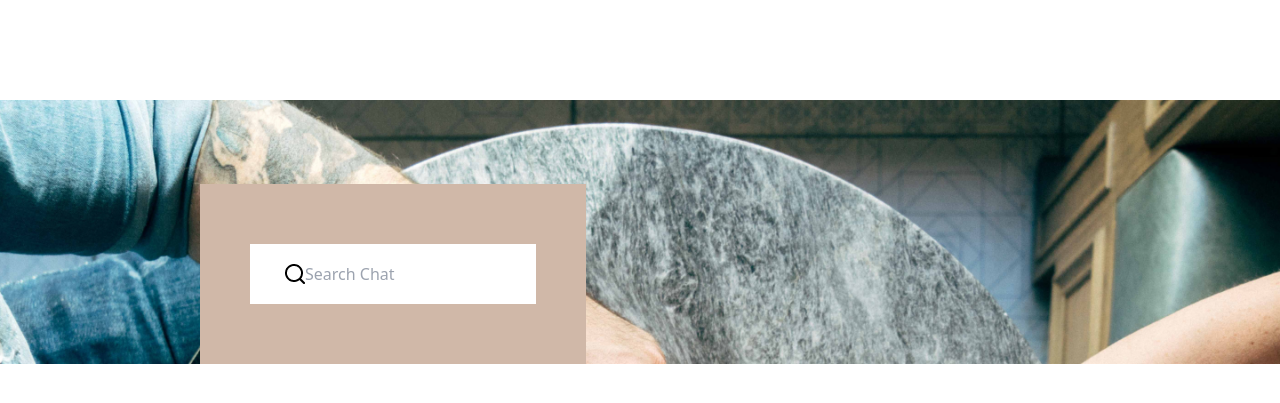
Repository: boykebn/fw12-collab2-FRONTEND
Page: /chat (app in our/)
These files come from the project's save history. The page is drawn as it stood at one moment and after the next save; the edit follows.
The browser window is 1280 px wide. The pictures show the whole page.
The project was rebuilt for these pictures with package versions that can differ from the ones it lists, and the page was loaded fresh each time. The framework's server and built-in components were replaced by stand-ins that run in the browser. Also part of the build but not shown: our/next.config.js.

Above is the page before, as saved 2022-12-31 23:38:31.

### our/pages/_app.js
import "../styles/globals.css";
import { Provider } from "react-redux";
import { store } from "../redux/store";

export default function App({ Component, pageProps }) {
  return (
    <Provider store={store}>
      <Component {...pageProps} />
    </Provider>
  );
}

### our/pages/chat.js
import React from "react";
import Image from "next/image";
import search from "../assets/search.png";

const Chat = () => {
  return (
    <div className="pt-[100px]">
      <div className="bg-[url('../assets/background-chat.png')] bg-cover bg-no-repeat">
        <div className="pt-[84px] px-[200px] flex">
          <div className="border-1 bg-[#d0b8a8] py-[60px] px-[50px]">
            <div className="border-1 flex items-center bg-white py-[18px] pl-[35px]">
              <Image src={search} alt="search" />
              <input placeholder="Search Chat" className="focus:outline-none" />
            </div>
          </div>
          <div></div>
        </div>
      </div>
    </div>
  );
};

export default Chat;

### our/styles/globals.css
@tailwind base;
@tailwind components;
@tailwind utilities;

@import url("https://fonts.googleapis.com/css2?family=Rubik&display=swap");
.btn {
  text-transform: none;
  width: 100%;
}
.input {
  width: 100%;
}

@media (min-width: 768px) {
  .bg-forgot-password {
    background-image: url("../images/forgotPasswordBg.png");
  }
}

### our/redux/store.js
import { configureStore } from '@reduxjs/toolkit';
import thunk from 'redux-thunk'
import reducer from './reducers';
import {persistStore} from 'redux-persist'

const store = configureStore({
    reducer,
    middleware: [thunk]
})

const persistor = persistStore(store)

export {store, persistor}

### our/redux/reducers/index.js
import {combineReducers} from '@reduxjs/toolkit';
import {persistReducer} from 'redux-persist'
import storage from 'redux-persist/lib/storage'
import auth from './auth'

const authConfig = {
    key: 'auth',
    storage
}

const reducer = combineReducers({
    auth: persistReducer(authConfig, auth),
})

export default reducer

### our/redux/reducers/auth.js
import {createSlice} from '@reduxjs/toolkit'

const initialState = {
    token: null
}

const authReducer = createSlice({
    name: 'auth',
    initialState,
    reducers: {
        logout: (state, action) => {
            return initialState
        }
    },
    extraReducers: (build) => {
    }
})

export const { logout } = authReducer.actions

export default authReducer.reducer

### our/tailwind.config.js
/** @type {import('tailwindcss').Config} */
module.exports = {
  content: [
    "./pages/**/*.{js,ts,jsx,tsx}",
    "./components/**/*.{js,ts,jsx,tsx}",
  ],
  theme: {
    extend: {
      fontFamily: {
        rubik: ["Rubik", "sans-serif"],
      },
      backgroundImage: {
        order_bg: "url('../images/bg-1.png')",
      },
    },
  },
  plugins: [require("daisyui")],
};

After the next save:
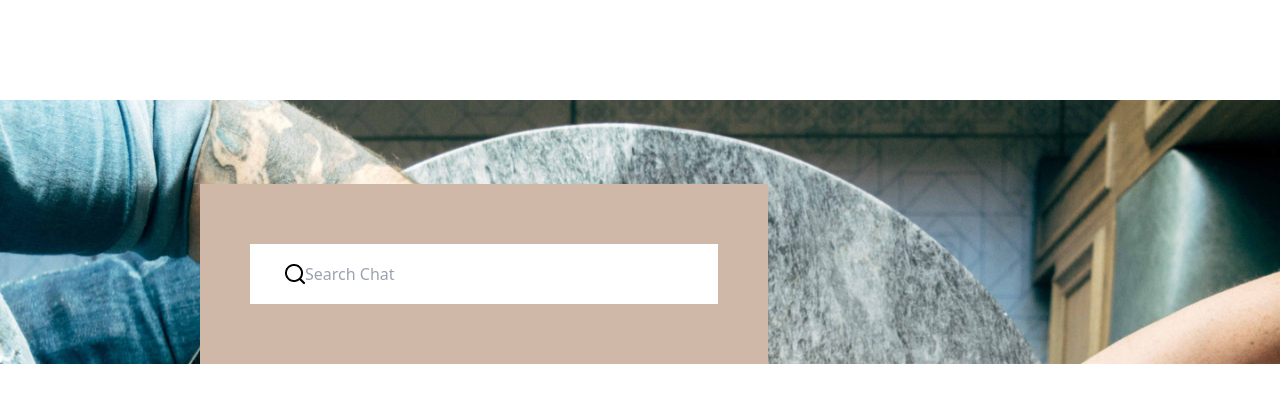
Saved 17 s later.
--- a/our/pages/chat.js
+++ b/our/pages/chat.js
@@ -8,7 +8,7 @@
       <div className="bg-[url('../assets/background-chat.png')] bg-cover bg-no-repeat">
         <div className="pt-[84px] px-[200px] flex">
           <div className="border-1 bg-[#d0b8a8] py-[60px] px-[50px]">
-            <div className="border-1 flex items-center bg-white py-[18px] pl-[35px]">
+            <div className="border-1 flex items-center bg-white py-[18px] pl-[35px] pr-[182px]">
               <Image src={search} alt="search" />
               <input placeholder="Search Chat" className="focus:outline-none" />
             </div>

After the save that followed:
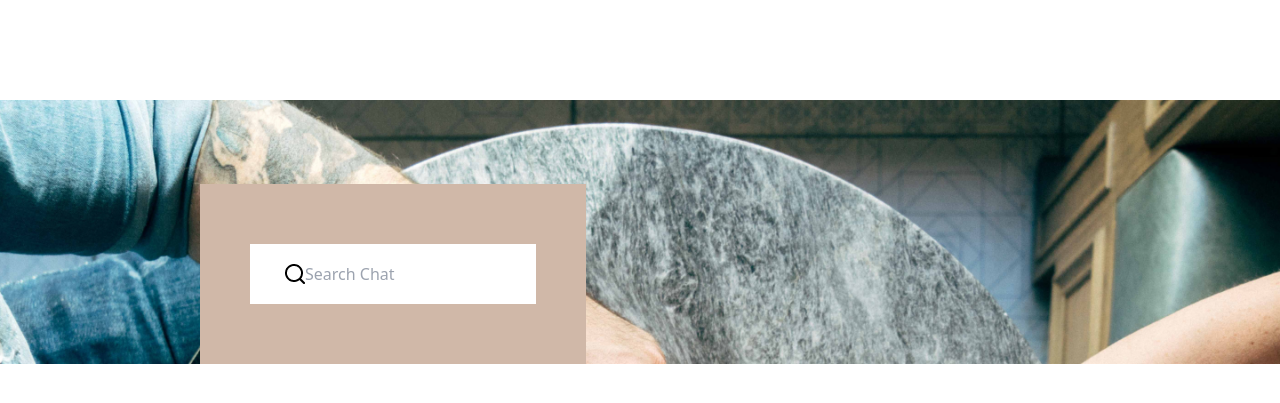
Saved 12 s later.
--- a/our/pages/chat.js
+++ b/our/pages/chat.js
@@ -8,7 +8,7 @@
       <div className="bg-[url('../assets/background-chat.png')] bg-cover bg-no-repeat">
         <div className="pt-[84px] px-[200px] flex">
           <div className="border-1 bg-[#d0b8a8] py-[60px] px-[50px]">
-            <div className="border-1 flex items-center bg-white py-[18px] pl-[35px] pr-[182px]">
+            <div className="border-1 flex items-center bg-white py-[18px] pl-[35px]">
               <Image src={search} alt="search" />
               <input placeholder="Search Chat" className="focus:outline-none" />
             </div>
